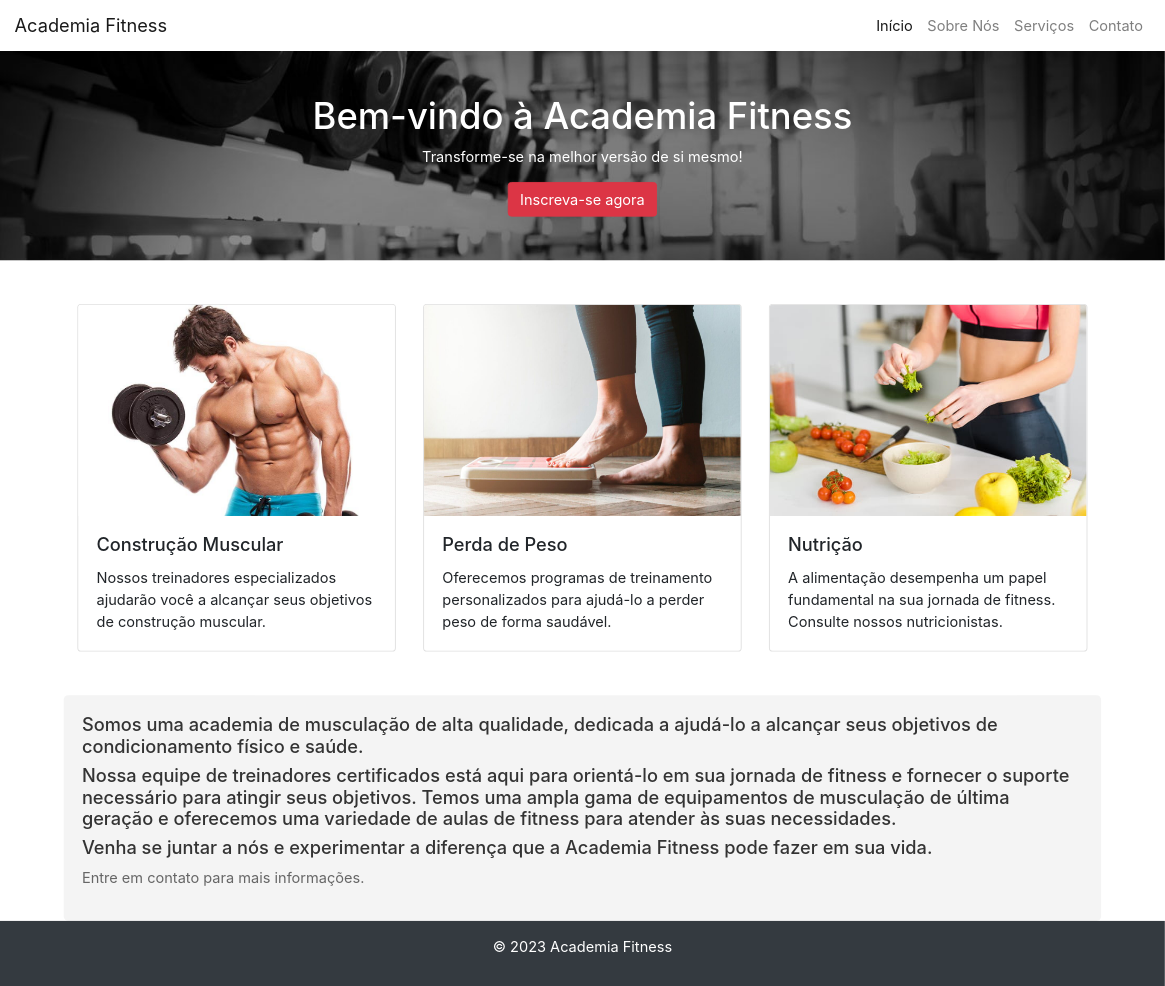
Repository: 01nethy/pratica14
Page: index.html
The author's editor kept a copy of each file at every save. The page is drawn from the files as they stood at one save, then again after the next save.
The browser window is 1280 px wide. The pictures show the whole page, at 91% of full size.

Above is the page before, as saved 2023-09-08 00:11:17.

### index.html
<!DOCTYPE html>
<html lang="pt-BR">
<head>
    <meta charset="UTF-8">
    <meta name="viewport" content="width=device-width, initial-scale=1.0">
    <title>Academia de Musculação</title>
    <link rel="stylesheet" href="https://stackpath.bootstrapcdn.com/bootstrap/4.5.2/css/bootstrap.min.css">
    <link rel="stylesheet" href="style.css">
</head>
<body>

<!-- Barra de navegação -->
<nav class="navbar navbar-expand-lg navbar-light bg-white">
    <a class="navbar-brand" href="#">Academia Fitness</a>
    <button class="navbar-toggler" type="button" data-toggle="collapse" data-target="#navbarNav" aria-controls="navbarNav" aria-expanded="false" aria-label="Toggle navigation">
        <span class="navbar-toggler-icon"></span>
    </button>
    <div class="collapse navbar-collapse" id="navbarNav">
        <ul class="navbar-nav ml-auto">
            <li class="nav-item active">
                <a class="nav-link" href="#">Início</a>
            </li>
            <li class="nav-item">
                <a class="nav-link" href="#">Sobre Nós</a>
            </li>
            <li class="nav-item">
                <a class="nav-link" href="#">Serviços</a>
            </li>
            <li class="nav-item">
                <a class="nav-link" href="#">Contato</a>
            </li>
        </ul>
    </div>
</nav>

<!-- Cabeçalho -->
<header id="fundo" class="py-5 text-center">
    <h1>Bem-vindo à Academia Fitness</h1>
    <p>Transforme-se na melhor versão de si mesmo!</p>
    <a class="btn btn-danger" href="#">Inscreva-se agora</a>
</header>

<!-- Seção de Destaque -->
<section class="container my-5">
    <div class="row">
        <div class="col-md-4">
            <div class="card">
                <img src="massa.jpg" class="card-img-top" alt="Ganho de Massa">
                <div class="card-body">
                    <h5 class="card-title">Construção Muscular</h5>
                    <p class="card-text">Nossos treinadores especializados ajudarão você a alcançar seus objetivos de construção muscular.</p>
                </div>
            </div>
        </div>
        <div class="col-md-4">
            <div class="card">
                <img src="peso.jpeg" class="card-img-top" alt="Perda de Peso">
                <div class="card-body">
                    <h5 class="card-title">Perda de Peso</h5>
                    <p class="card-text">Oferecemos programas de treinamento personalizados para ajudá-lo a perder peso de forma saudável.</p>
                </div>
            </div>
        </div>
        <div class="col-md-4">
            <div class="card">
                <img src="nutricao.jpg" class="card-img-top" alt="Nutrição">
                <div class="card-body">
                    <h5 class="card-title">Nutrição</h5>
                    <p class="card-text">A alimentação desempenha um papel fundamental na sua jornada de fitness. Consulte nossos nutricionistas.</p>
                </div>
            </div>
        </div>
    </div>
</section>

<div class="container mt-5 info">
    <h6>Somos uma academia de musculação de alta qualidade, dedicada a ajudá-lo a alcançar seus objetivos de condicionamento físico e saúde.</h6>
    <h6>Nossa equipe de treinadores certificados está aqui para orientá-lo em sua jornada de fitness e fornecer o suporte necessário para atingir seus objetivos. Temos uma ampla gama de equipamentos de musculação de última geração e oferecemos uma variedade de aulas de fitness para atender às suas necessidades.</h6>
    <h6>Venha se juntar a nós e experimentar a diferença que a Academia Fitness pode fazer em sua vida.</h6>
    <p>Entre em contato para mais informações.</p>
</div>

<!-- Rodapé -->
<footer class="bg-dark text-white text-center py-3">
    <p>&copy; 2023 Academia Fitness</p>
</footer>


</body>
</html>

### style.css
#fundo{

    background: url(background2.jpg) top left;
    background-size: cover;

}

header{
    color: white;
}

.info {
    background-color: #f4f4f4;
    padding: 20px;
    border-radius: 5px;
    margin-top: 20px;
}

.info h6 {
    font-size: 20px;
    color: #333;
}

.info p {
    font-size: 16px;
    color: #666;
}

After the next save:
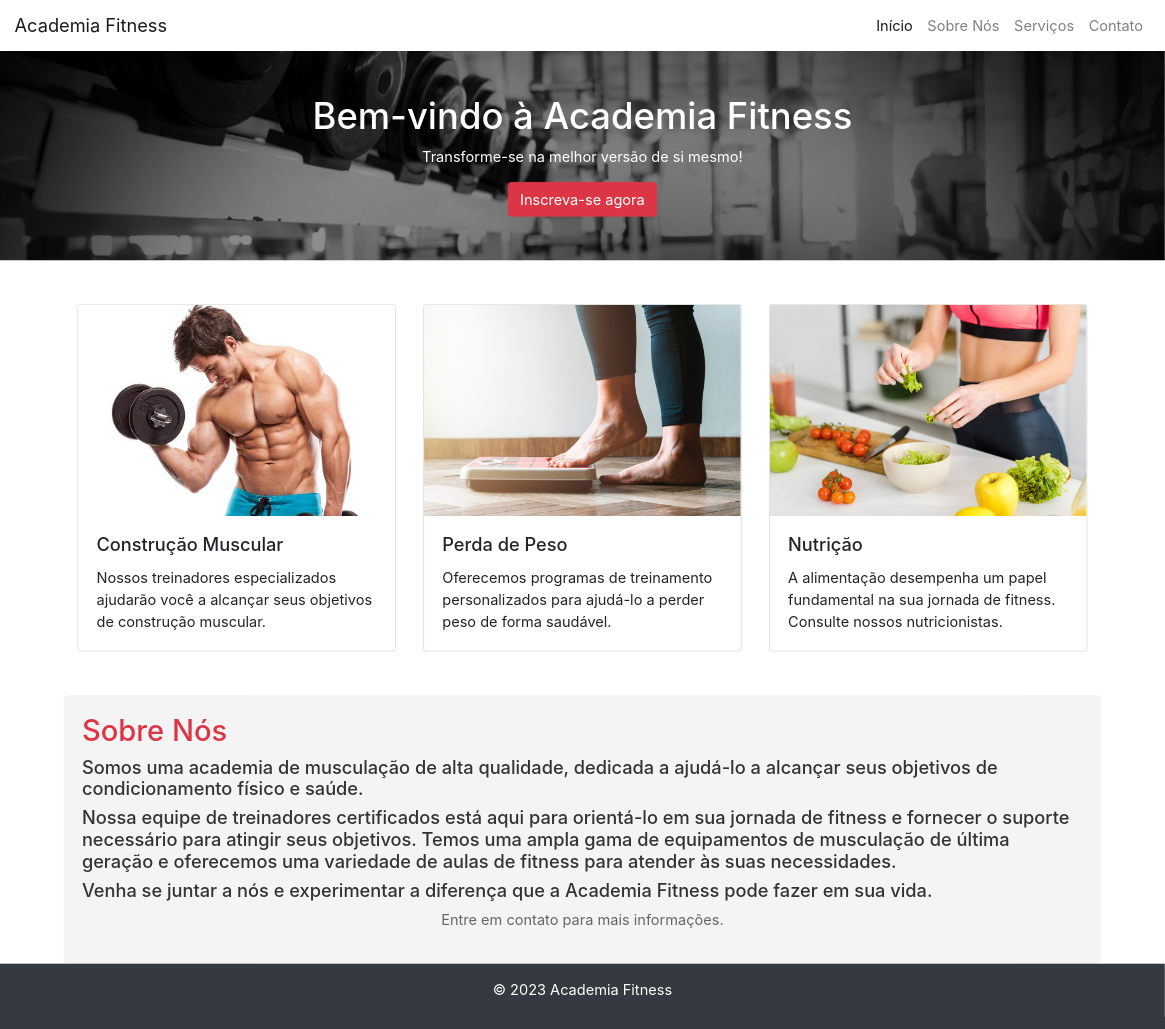
Saved 106 s later.
--- a/index.html
+++ b/index.html
@@ -74,10 +74,11 @@
 </section>
 
 <div class="container mt-5 info">
+    <h2 class="text-danger">Sobre Nós</h2>
     <h6>Somos uma academia de musculação de alta qualidade, dedicada a ajudá-lo a alcançar seus objetivos de condicionamento físico e saúde.</h6>
     <h6>Nossa equipe de treinadores certificados está aqui para orientá-lo em sua jornada de fitness e fornecer o suporte necessário para atingir seus objetivos. Temos uma ampla gama de equipamentos de musculação de última geração e oferecemos uma variedade de aulas de fitness para atender às suas necessidades.</h6>
     <h6>Venha se juntar a nós e experimentar a diferença que a Academia Fitness pode fazer em sua vida.</h6>
-    <p>Entre em contato para mais informações.</p>
+    <p class="text-center">Entre em contato para mais informações.</p>
 </div>
 
 <!-- Rodapé -->
